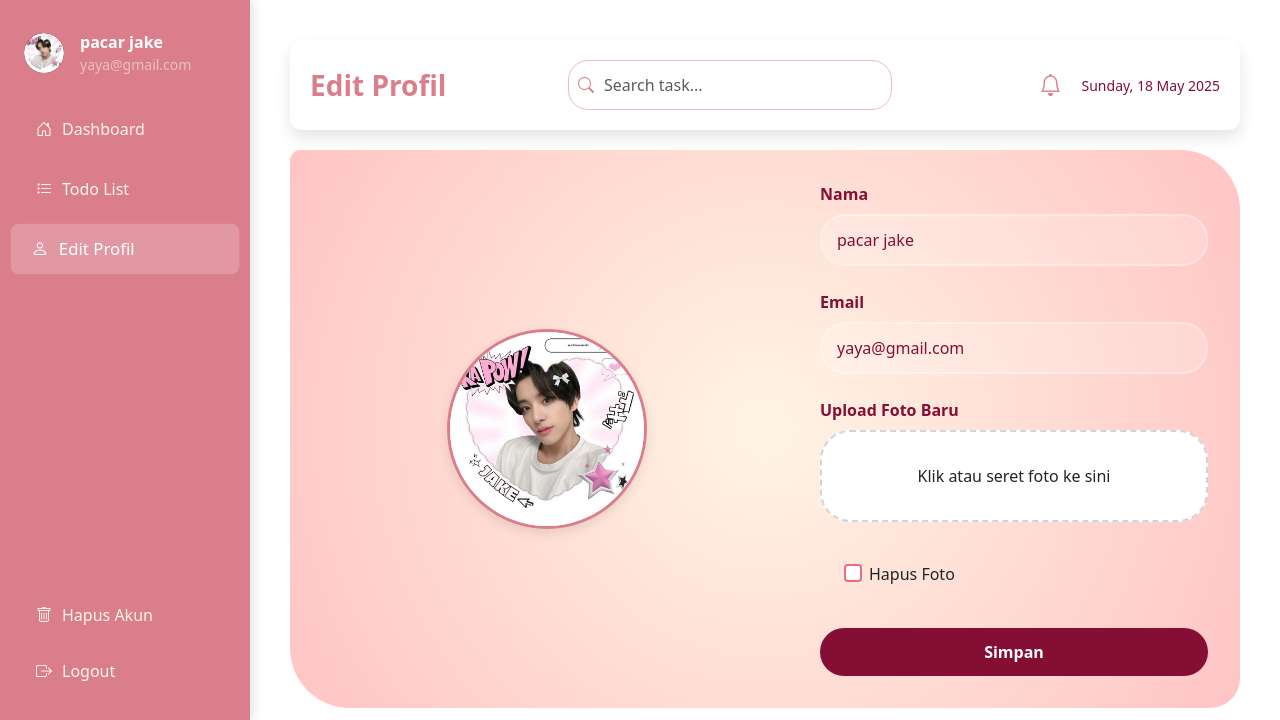
Repository: zhr-nabila/FloTime
Page: http://localhost/profile.php
An editor plug-in stored every save of this project. The page is shown before and after a run of saves, followed by the edit.
The browser window is 1280 px wide. The pictures show the whole page.
The page is run by PHP 8.4 with error messages shown; the project is at /var/www/html/. The session is filled in as if someone had signed in: {"email": "yaya@gmail.com", "status": "login", "user_id": 2}. Other server files are loaded and not shown. The database holds what the project's SQL file puts in it.

Above is the page before, as saved 2025-05-18 20:29:26.

### profile.php
<?php
session_start();
include 'koneksi.php';

if (!isset($_SESSION['email'])) {
    header("Location: login.php");
    exit;
}

$email = $_SESSION['email'];
$activePage = 'profile';

// Ambil data user
$query = mysqli_query($conn, "SELECT * FROM users WHERE email = '$email'");
$user = mysqli_fetch_assoc($query);

// Proses update
if ($_SERVER["REQUEST_METHOD"] == "POST") {
    $new_name = mysqli_real_escape_string($conn, $_POST['name']);
    $new_email = mysqli_real_escape_string($conn, $_POST['email']);
    $photo_name = $user['photo']; // default photo lama

    // Upload foto jika ada
    if (isset($_FILES['photo']) && $_FILES['photo']['error'] == 0) {
        $allowed = ['jpg', 'jpeg', 'png', 'gif'];
        $ext = strtolower(pathinfo($_FILES['photo']['name'], PATHINFO_EXTENSION));
        if (in_array($ext, $allowed)) {
            $filename = uniqid() . '.' . $ext;
            move_uploaded_file($_FILES['photo']['tmp_name'], 'uploads/' . $filename);
            // Hapus file lama
            if ($user['photo'] && file_exists('uploads/' . $user['photo'])) {
                unlink('uploads/' . $user['photo']);
            }
            $photo_name = $filename;
        }
    }

    // Hapus foto jika dipilih
    if (isset($_POST['delete_photo']) && $user['photo']) {
        if (file_exists('uploads/' . $user['photo'])) {
            unlink('uploads/' . $user['photo']);
        }
        $photo_name = null;
    }

    $update = mysqli_query($conn, "UPDATE users SET name='$new_name', email='$new_email', photo=" . ($photo_name ? "'$photo_name'" : "NULL") . " WHERE email='$email'");

    if ($update) {
        $_SESSION['email'] = $new_email;
        header("Location: profile.php");
        exit;
    } else {
        $error = "Gagal memperbarui profil.";
    }
}
?>

<!DOCTYPE html>
<html lang="id">

<head>
    <meta charset="UTF-8">
    <title>Edit Profil</title>
    <link rel="stylesheet" href="css/style.css">
    <link rel="stylesheet" href="css/profile.css">
    <link href="https://cdn.jsdelivr.net/npm/bootstrap@5.3.3/dist/css/bootstrap.min.css" rel="stylesheet">
    <link href="https://cdn.jsdelivr.net/npm/bootstrap-icons@1.10.5/font/bootstrap-icons.css" rel="stylesheet">
</head>

<body>

    <?php include 'includes/sidebar.php'; ?>

    <div class="main-content">
        <?php
        $pageTitle = "Edit Profil";
        include 'includes/topbar.php';
        ?>
        <div class="content">
            <!-- KIRI: FOTO PROFIL -->
            <div class="profile-left">
                <?php if ($user['photo']) : ?>
                    <img src="uploads/<?= htmlspecialchars($user['photo']) ?>" alt="Foto Profil" class="photo-user" />
                <?php else : ?>
                    <div class="user-avatar-lg">
                        <?= strtoupper(substr($user['name'] ?: $user['email'], 0, 1)) ?>
                    </div>
                <?php endif; ?>
            </div>

            <!-- KANAN: FORM -->
            <form method="POST" enctype="multipart/form-data" class="form-profile">
                <?php if (isset($error)) : ?>
                    <div class="alert alert-danger"><?= $error ?></div>
                <?php endif; ?>

                <div>
                    <label for="name" class="form-label">Nama</label>
                    <input type="text" name="name" id="name" class="input-profile glass-input" value="<?= htmlspecialchars($user['name']) ?>" required />
                </div>
                <div>
                    <label for="email" class="form-label">Email</label>
                    <input type="email" name="email" id="email" class="input-profile glass-input" value="<?= htmlspecialchars($user['email']) ?>" required />
                </div>
                <div>
                    <label for="photo" class="form-label">Upload Foto Baru</label>
                    <label class="upload-box" for="photo">
                        Klik atau seret foto ke sini
                        <input type="file" name="photo" id="photo" />
                    </label>
                </div>

                <?php if ($user['photo']) : ?>
                    <div class="form-check">
                        <input type="checkbox" class="form-check-input" name="delete_photo" id="hapusFoto" />
                        <label for="hapusFoto">Hapus Foto</label>
                    </div>
                <?php endif; ?>

                <button type="submit" class="btn-primary">Simpan</button>
            </form>

        </div>
    </div>
</body>

</html>

### koneksi.php
<?php
$host = "localhost";
$user = "root";
$pass = "";
$db = "todolist";

$conn = mysqli_connect($host, $user, $pass, $db);

if (!$conn) {
    die("Koneksi gagal: " . mysqli_connect_error());
}

### includes/sidebar.php
<?php
if (!isset($_SESSION)) session_start();
include_once 'koneksi.php';

$email = $_SESSION['email'] ?? '';

// Ambil data user
$query = mysqli_query($conn, "SELECT * FROM users WHERE email = '$email'");
$user = mysqli_fetch_assoc($query);

// Ambil nama dan foto
$name = $user['name'] ?? '';
$avatar = $user['photo'] ?? null; // GUNAKAN 'photo' bukan 'avatar'

// Ambil inisial dari nama jika ada, kalau tidak dari email
$display_name = $name ?: $email;
$initial = strtoupper(substr($display_name, 0, 1));
?>

<div class="sidebar d-flex flex-column">
    <div class="px-4 d-flex align-items-center mb-4">
        <div class="user-avatar">
            <?php if ($avatar && file_exists("uploads/$avatar")): ?>
                <img src="uploads/<?= htmlspecialchars($avatar) ?>" alt="Avatar">
            <?php else: ?>
                <?= $initial ?>
            <?php endif; ?>
        </div>
        <div class="ms-3">
            <div class="fw-semibold"><?= htmlspecialchars($name ?: 'User') ?></div>
            <div class="small text-white-50"><?= htmlspecialchars($email) ?></div>
        </div>
    </div>
    <nav class="nav flex-column px-3">
        <a class="nav-link <?= ($activePage == 'dashboard') ? 'active' : '' ?>" href="dashboard.php">
            <i class="bi bi-house-door"></i> Dashboard
        </a>
        <a class="nav-link <?= ($activePage == 'todo') ? 'active' : '' ?>" href="todo.php">
            <i class="bi bi-list-task"></i> Todo List
        </a>
        <a class="nav-link <?= ($activePage == 'profile') ? 'active' : '' ?>" href="profile.php">
            <i class="bi bi-person"></i> Edit Profil
        </a>
        <a class="nav-link delete-account" href="#" id="deleteAccountBtn">
            <i class="bi bi-trash"></i> Hapus Akun
        </a>

        <a class="nav-link logout" href="logout.php">
            <i class="bi bi-box-arrow-right"></i> Logout
        </a>
    </nav>
</div>

<!-- Modal Hapus Akun -->
<!-- Modal Hapus Akun -->
<div id="deleteModal">
  <div class="modal-box">
    <h4>Yakin ingin menghapus akun?</h4>
    <p>Aksi ini tidak bisa dibatalkan!</p>
    <form id="deleteAccountForm" method="POST" action="delete_account.php">
        <button type="submit" class="confirm">Ya, Hapus</button>
        <button type="button" class="cancel" onclick="closeModal()">Batal</button>
    </form>
  </div>
</div>

<script>
  const deleteBtn = document.getElementById('deleteAccountBtn');
  const modal = document.getElementById('deleteModal');
  const deleteForm = document.getElementById('deleteAccountForm');

  if (deleteBtn && modal) {
    deleteBtn.addEventListener('click', function(e) {
      e.preventDefault();
      modal.style.display = 'flex';
    });
  }

  function closeModal() {
    modal.style.display = 'none';
  }

  // Handle form submission
  deleteForm.addEventListener('submit', function(e) {
    e.preventDefault();

    fetch('delete_account.php', {
      method: 'POST',
      headers: {
        'Content-Type': 'application/x-www-form-urlencoded',
      },
      body: new URLSearchParams(new FormData(deleteForm))
    })
    .then(response => response.json())
    .then(result => {
      if (result.status === 'success') {
        window.location.href = 'login.php?account_deleted=1';
      } else {
        alert(result.message);
        closeModal();
      }
    })
    .catch(error => {
      console.error('Error:', error);
      alert('Terjadi kesalahan saat menghapus akun');
      closeModal();
    });
  });
</script>

### includes/topbar.php
<div class="header">
    <div class="title"><?= isset($pageTitle) ? htmlspecialchars($pageTitle) : 'Untitled'; ?></div>
    <div class="search-bar">
        <form method="GET" action="todo.php" class="d-flex">
            <input type="text" name="search" class="form-control" placeholder="Search task..." value="<?= isset($_GET['search']) ? htmlspecialchars($_GET['search']) : '' ?>">
            <button type="submit" class="btn"><i class="bi bi-search"></i></button>
        </form>
    </div>

    <div class="notifications">
        <i class="bi bi-bell"></i>
        <div class="date"><?= date('l, d F Y') ?></div>
    </div>
</div>

### css/profile.css
:root {
  --c0: #ffffff;
  --c1: #E3919F;
  --c2: #E7C0BC;
  --c3: #370808;
  --c4: #D97E8A;
  --c5: #EC9FAB;
  --c6: #000000;
  /* gradient */
  --c7: #850e35;
  --c8: #ee6983;
  --c9: #ffc4c4;
  --c10: #fff5e4;
  --c11: #d1d5db;
}

*:not(input):not(textarea):not([contenteditable="true"]) {
  caret-color: transparent !important;
}

input,
textarea,
[contenteditable="true"] {
  caret-color: auto;
  outline: none;
  padding: 6px 10px;
  border-radius: 5px;
  transition: border 0.2s ease;
}


body {
  background-color: #f0f2f5;
  font-family: 'Segoe UI', Tahoma, Geneva, Verdana, sans-serif;
  color: var(--c6);
  overflow: hidden;
}

html,
body {
    height: 100%;
}


::-webkit-scrollbar {
    display: none;
}


.main-content {
  display: flex;
  flex-direction: column;
  min-height: 100vh;
}

.content {
  display: flex;
  padding: 2rem;
  gap: 3rem;
  flex-grow: 1;
  border-radius: 10px 60px 30px;
  animation: fadeIn 0.6s ease, moveGradient 20s ease-in-out infinite alternate;
    background: radial-gradient(circle at center, var(--c10), var(--c9), var(--c5));
  background-size: 200% 200%;
}

.profile-left {
  display: flex;
  flex-direction: column;
  align-items: center;
  justify-content: center;
  gap: 1rem;
  width: 450px;
}

.photo-user {
  width: 200px;
  height: 200px;
  border-radius: 50%;
  object-fit: cover;
  border: 3px solid var(--c4);
  box-shadow: 0 4px 12px rgba(0, 0, 0, 0.1);
}

.user-avatar-lg {
  width: 200px;
  height: 200px;
  border-radius: 50%;
  background-color: var(--c7);
  color: var(--c0);
  display: flex;
  align-items: center;
  justify-content: center;
  font-size: 3.5rem;
  font-weight: bold;
  border: 3px solid var(--c4);
  box-shadow: 0 4px 12px rgba(0, 0, 0, 0.1);
}

.form-profile {
  flex-grow: 1;
  display: flex;
  flex-direction: column;
  gap: 1.5rem;
  max-width: 500px;
}

.form-label {
  font-weight: 600;
  color: var(--c7);
  margin-bottom: 0.5rem;
  display: block;
}

.input-profile {
  width: 100%;
  padding: 0.75rem 1rem;
  border: 1px solid var(--c11);
  border-radius: 30px;
  background-color: var(--c0);
  font-size: 1rem;
  transition: all 0.3s ease;
}

.input-profile:focus {
  outline: none;
  border-color: var(--c7);
  box-shadow: 0 0 0 3px rgba(133, 14, 53, 0.2);
}

.upload-box {
  display: flex;
  align-items: center;
  justify-content: center;
  padding: 2rem;
  border: 2px dashed var(--c11);
  border-radius: 30px;
  background-color: var(--c0);
  cursor: pointer;
  text-align: center;
  transition: all 0.3s ease;
  position: relative;
}

.upload-box:hover {
  border-color: var(--c7);
  background-color: var(--c2);
}

.upload-box input[type="file"] {
  position: absolute;
  width: 100%;
  height: 100%;
  top: 0;
  left: 0;
  opacity: 0;
  cursor: pointer;
}

.glass-input {
    background: rgba(255, 255, 255, 0.2) !important;
    border: 2px solid rgba(255, 255, 255, 0.3) !important;
    backdrop-filter: blur(5px);
    color: var(--c7);
    transition: all 0.3s ease;
    padding: 12px 15px !important;
    border-radius: 25px;
}

.glass-input:focus {
    background: rgba(255, 255, 255, 0.3) !important;
    border-color: rgba(255, 255, 255, 0.5) !important;
    box-shadow: 0 0 0 0.25rem rgba(238, 105, 131, 0.25);
    color: var(--c7);
}

.btn-primary {
  background-color: var(--c7);
  color: var(--c0);
  border: none;
  padding: 0.75rem;
  border-radius: 30px;
  font-weight: 600;
  font-size: 1rem;
  cursor: pointer;
  transition: 0.3s ease;
  margin-top: 1rem;
}

.btn-primary:hover {
  background-color: var(--c8);
  transform: scale(1.02);
  box-shadow: 0 4px 12px rgba(133, 14, 53, 0.3);
}

.form-check {
  display: flex;
  align-items: center;
  gap: 0.5rem;
  margin-top: 1rem;
}

.form-check-input {
  display: none;
}

.form-check label {
  position: relative;
  padding-left: 25px;
  cursor: pointer;
  line-height: 20px;
  display: inline-block;
}

/* Kotak checkbox buatan */
.form-check label::before {
  content: '';
  position: absolute;
  left: 0;
  top: 0;
  width: 18px;
  height: 18px;
  border: 2px solid var(--c8); /* warna border */
  background: var(--c0);
  border-radius: 4px;
}

/* Centang saat dicentang */
.form-check-input:checked + label::after {
  content: '✔';
  position: absolute;
  left: 0;
  top: 0;
  color: var(--c0);
  font-size: 14px;
  background-color: var(--c8); /* warna checkbox aktif */
  width: 18px;
  height: 18px;
  text-align: center;
  line-height: 18px;
  border-radius: 4px;
}

.alert {
  border-radius: 30px;
  padding: 0.75rem 1rem;
}

@media (max-width: 768px) {
  .content {
      flex-direction: column;
      align-items: center;
  }

  .profile-left {
      width: 100%;
      margin-bottom: 2rem;
  }

  .form-profile {
      width: 100%;
  }
}


@keyframes moveGradient {
  0% {
    background-position: 0% 50%;
  }

  50% {
    background-position: 100% 50%;
  }

  100% {
    background-position: 0% 50%;
  }
}

### todolist.sql (the tables this page reads)
CREATE TABLE `users` (
  `id` int(11) NOT NULL,
  `email` varchar(255) NOT NULL,
  `name` varchar(100) DEFAULT NULL,
  `password` varchar(255) NOT NULL,
  `photo` varchar(255) DEFAULT NULL
) ENGINE=InnoDB DEFAULT CHARSET=utf8mb4 COLLATE=utf8mb4_general_ci;

INSERT INTO `users` (`id`, `email`, `name`, `password`, `photo`) VALUES
(2, 'yaya@gmail.com', 'pacar jake', '1234', '682bf641de05a.jpeg');

ALTER TABLE `users`
  ADD PRIMARY KEY (`id`),
  ADD UNIQUE KEY `email` (`email`);

ALTER TABLE `users`
  MODIFY `id` int(11) NOT NULL AUTO_INCREMENT, AUTO_INCREMENT=4;

Loaded but not shown: css/style.css (500 lines, source omitted)

After the next 2 saves:
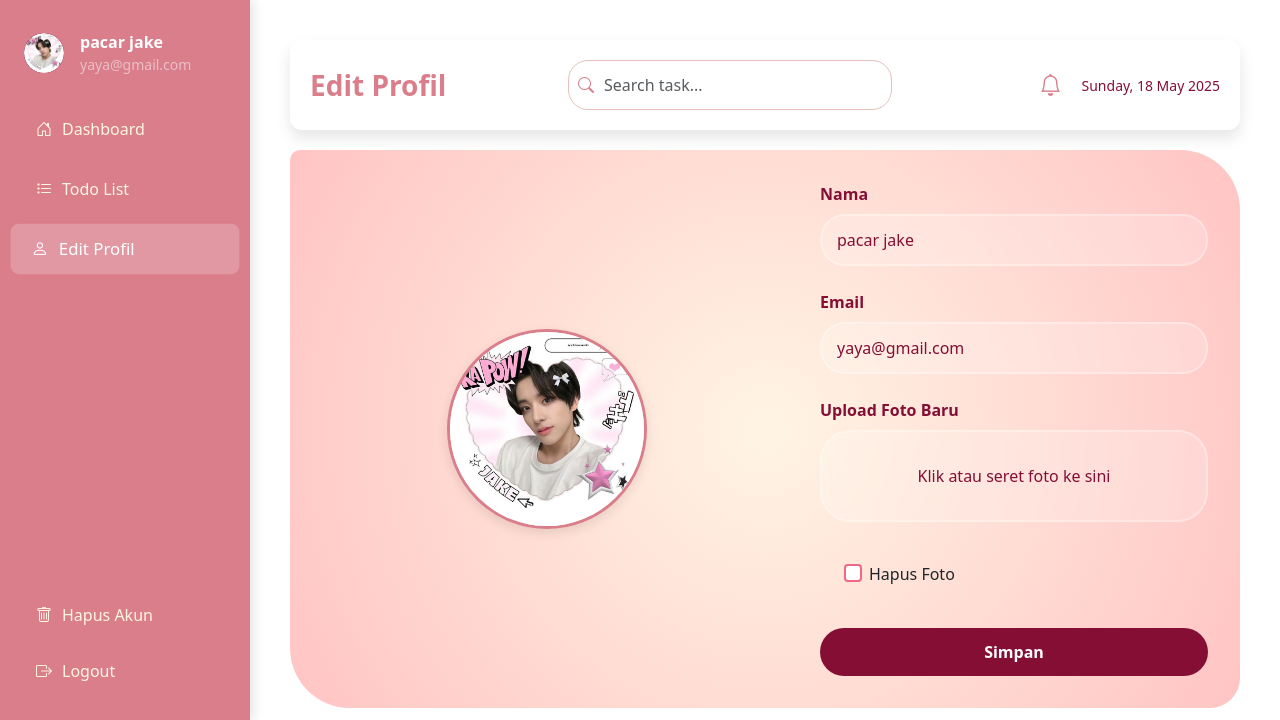
The 2 saves are shown as one change because they came seconds apart.
The last was saved 2 min 50 s later.
--- a/css/profile.css
+++ b/css/profile.css
@@ -133,9 +133,12 @@
   align-items: center;
   justify-content: center;
   padding: 2rem;
-  border: 2px dashed var(--c11);
-  border-radius: 30px;
-  background-color: var(--c0);
+  background: rgba(255, 255, 255, 0.2) !important;
+    border: 2px solid rgba(255, 255, 255, 0.3) !important;
+    backdrop-filter: blur(5px);
+    color: var(--c7);
+  border-radius: 30px;
+
   cursor: pointer;
   text-align: center;
   transition: all 0.3s ease;

After the 2 saves that followed:
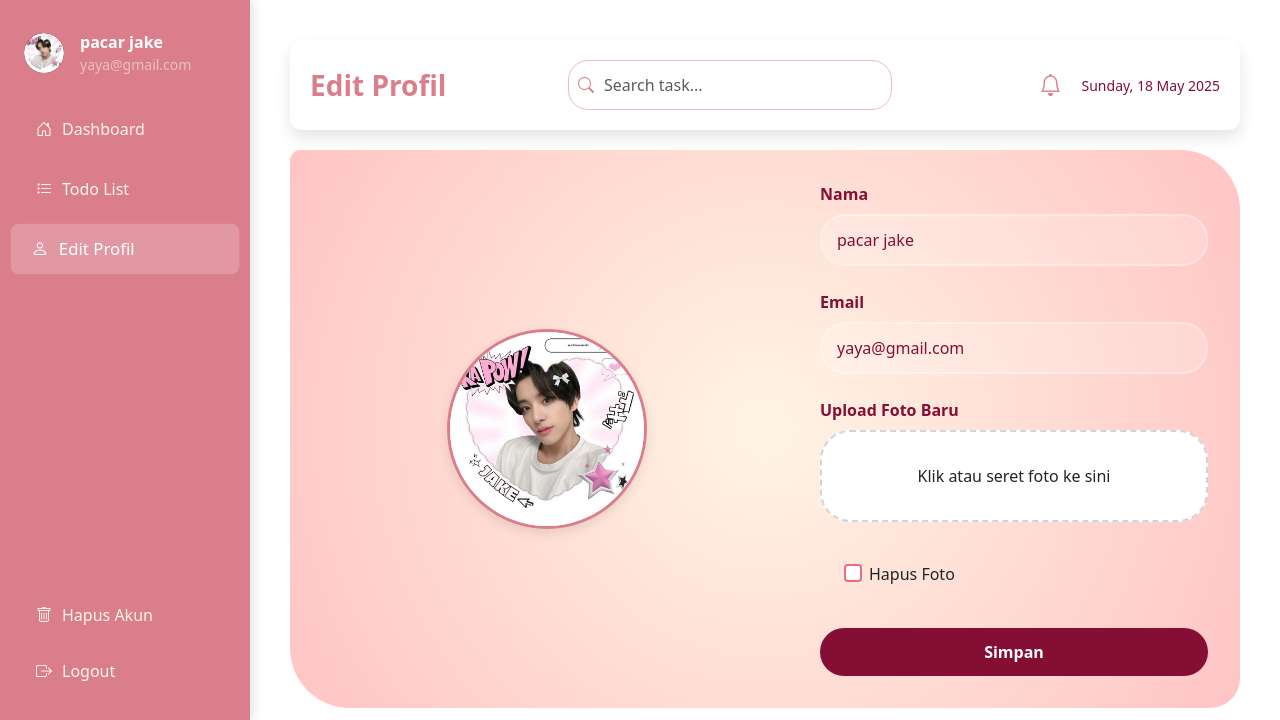
The 2 saves are shown as one change because they came seconds apart.
The last was saved 18 s later.
--- a/css/profile.css
+++ b/css/profile.css
@@ -133,12 +133,9 @@
   align-items: center;
   justify-content: center;
   padding: 2rem;
-  background: rgba(255, 255, 255, 0.2) !important;
-    border: 2px solid rgba(255, 255, 255, 0.3) !important;
-    backdrop-filter: blur(5px);
-    color: var(--c7);
-  border-radius: 30px;
-
+  border: 2px dashed var(--c11);
+  border-radius: 30px;
+  background-color: var(--c0);
   cursor: pointer;
   text-align: center;
   transition: all 0.3s ease;
